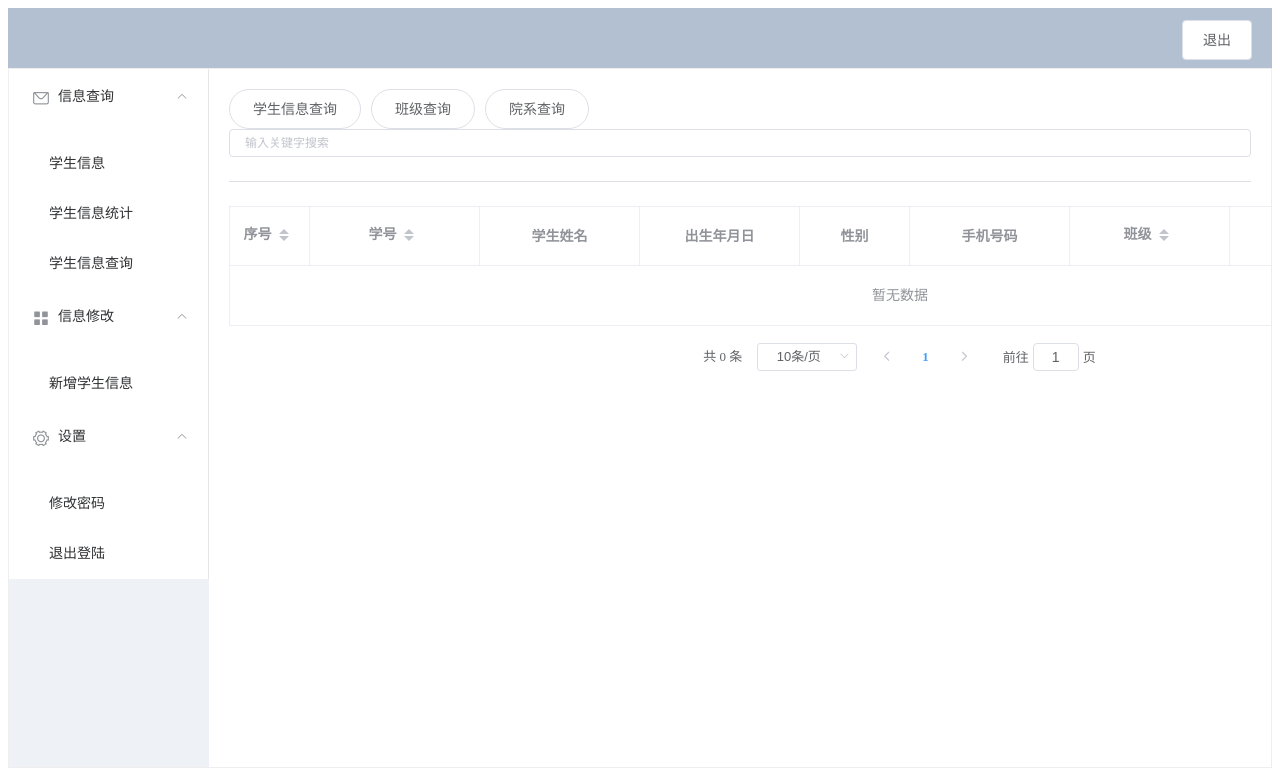
Repository: zhu-jun-xian/Student_information_management_system
Page: /selectstudent (app in front_end/front_end/)
The author's editor kept a copy of each file at every save. The page is drawn from the files as they stood at one save, then again after the next save.
The browser window is 1280 px wide. The pictures show the whole page.
The page's requests for data from a server got no answer. The project was rebuilt for these pictures with package versions that can differ from the ones it lists, and the page was loaded fresh each time. No one was signed in, and anything a server would have sent is missing. Also part of the build but not shown: front_end/front_end/src/components/login.vue, front_end/front_end/src/components/register.vue.

Above is the page before, as saved 2020-11-23 19:16:55.

After the next save:
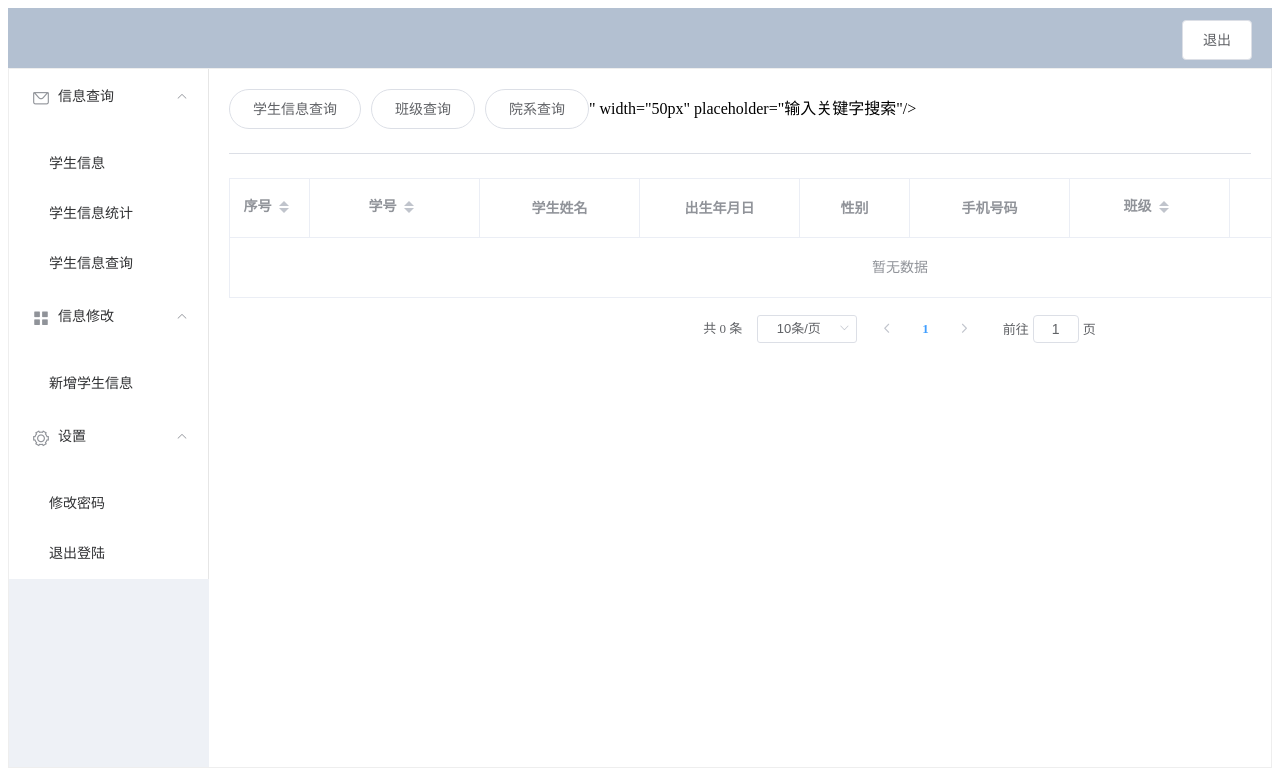
Saved 20 s later.
--- a/front_end/front_end/src/components/User/selectstudent.vue
+++ b/front_end/front_end/src/components/User/selectstudent.vue
@@ -5,7 +5,7 @@
         <el-button round  >学生信息查询</el-button>
         <el-button round   @click.native="selectclassVisible=true">班级查询</el-button>
         <el-button round   @click.native="selectgendVisible=true">院系查询</el-button>
-        <el-input  v-model="search" align="right" size=mini width="50px" placeholder="输入关键字搜索"/>
+        <el-input  v-model="search" align="right" size=mini" width="50px" placeholder="输入关键字搜索"/>
       </el-row>
       <el-divider></el-divider>
     </div>

After the save that followed:
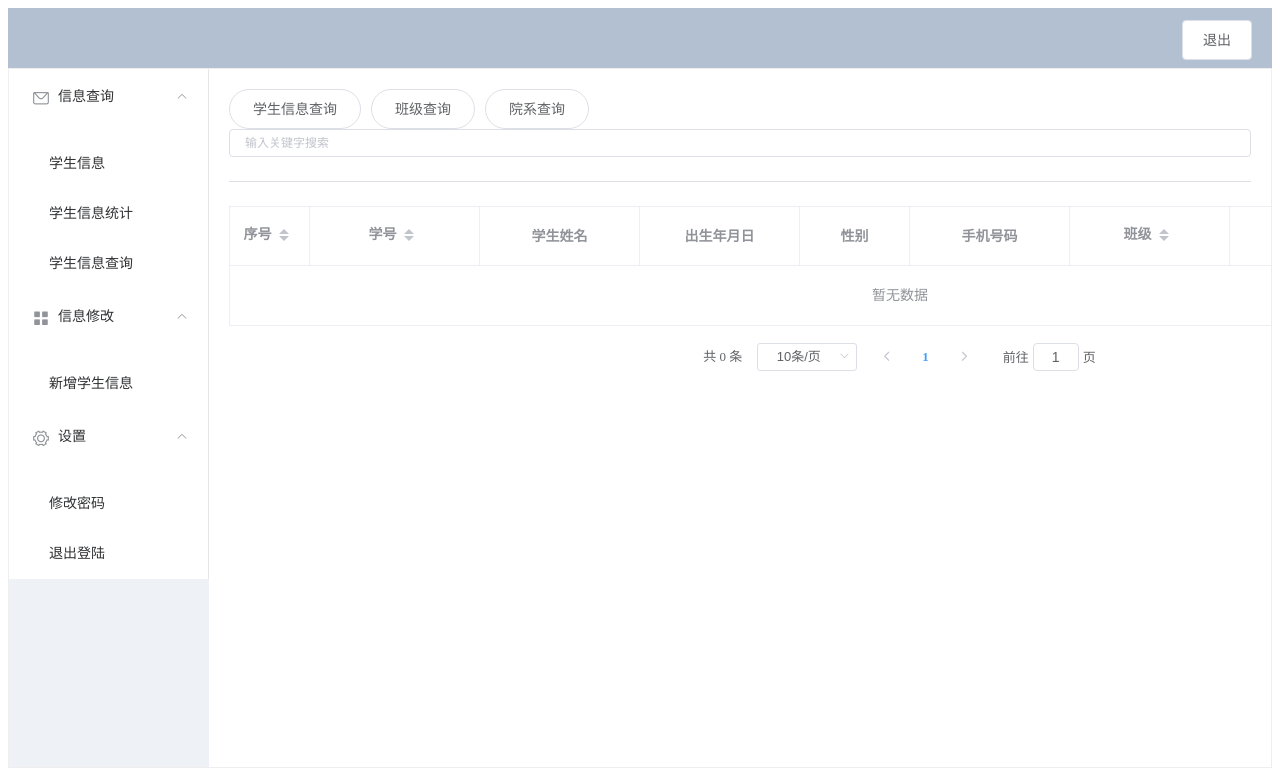
Saved 4 s later.
--- a/front_end/front_end/src/components/User/selectstudent.vue
+++ b/front_end/front_end/src/components/User/selectstudent.vue
@@ -5,7 +5,7 @@
         <el-button round  >学生信息查询</el-button>
         <el-button round   @click.native="selectclassVisible=true">班级查询</el-button>
         <el-button round   @click.native="selectgendVisible=true">院系查询</el-button>
-        <el-input  v-model="search" align="right" size=mini" width="50px" placeholder="输入关键字搜索"/>
+        <el-input  v-model="search" align="right" size="mini" width="50px" placeholder="输入关键字搜索"/>
       </el-row>
       <el-divider></el-divider>
     </div>
